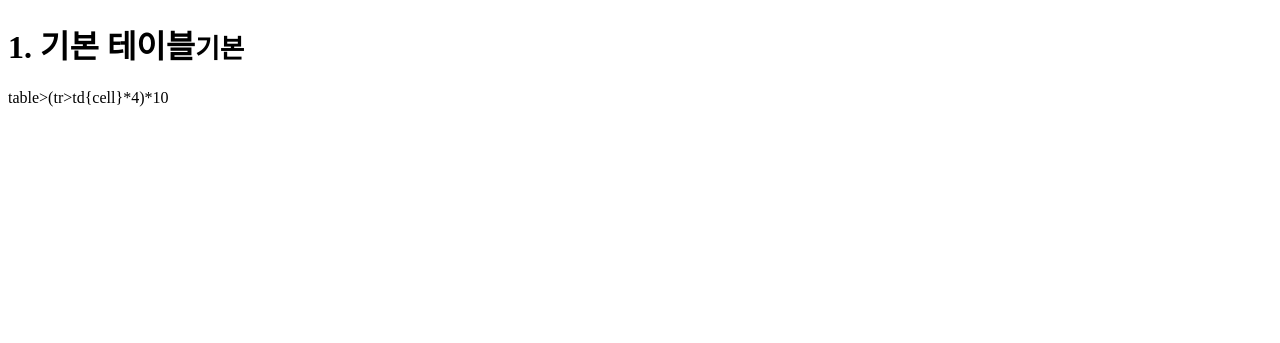
Repository: yhj4130/BootstrapStudy
Page: BootstrapWork/WebContent/BootEx02.html
These files come from the project's save history. The page is drawn as it stood at one moment and after the next save; the edit follows.
The browser window is 1280 px wide. The pictures show the whole page.

Above is the page before, as saved 2019-06-12 01:36:33.

After the next save:
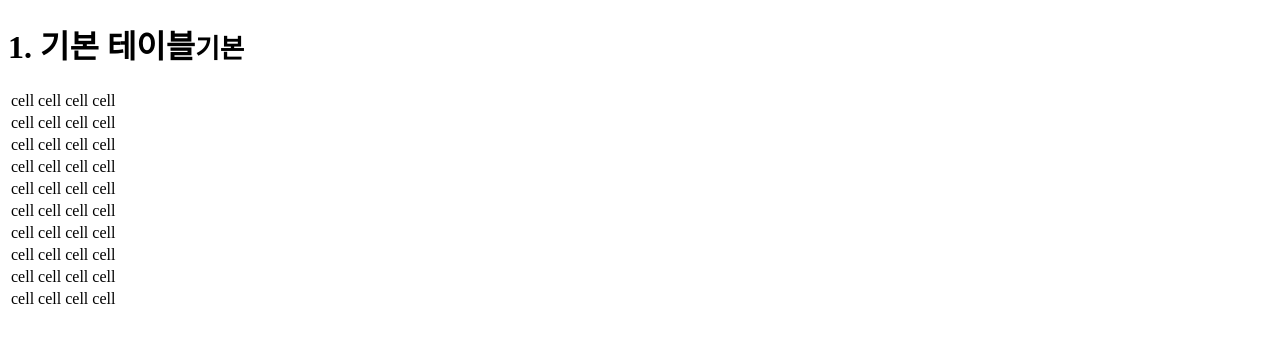
Saved 42 s later.
--- a/BootstrapWork/WebContent/BootEx02.html
+++ b/BootstrapWork/WebContent/BootEx02.html
@@ -8,7 +8,68 @@
 
 <h1>1. 기본 테이블<small>기본</small></h1>
 
-table>(tr>td{cell}*4)*10
+<table>
+	<tr>
+		<td>cell</td>
+		<td>cell</td>
+		<td>cell</td>
+		<td>cell</td>
+	</tr>
+	<tr>
+		<td>cell</td>
+		<td>cell</td>
+		<td>cell</td>
+		<td>cell</td>
+	</tr>
+	<tr>
+		<td>cell</td>
+		<td>cell</td>
+		<td>cell</td>
+		<td>cell</td>
+	</tr>
+	<tr>
+		<td>cell</td>
+		<td>cell</td>
+		<td>cell</td>
+		<td>cell</td>
+	</tr>
+	<tr>
+		<td>cell</td>
+		<td>cell</td>
+		<td>cell</td>
+		<td>cell</td>
+	</tr>
+	<tr>
+		<td>cell</td>
+		<td>cell</td>
+		<td>cell</td>
+		<td>cell</td>
+	</tr>
+	<tr>
+		<td>cell</td>
+		<td>cell</td>
+		<td>cell</td>
+		<td>cell</td>
+	</tr>
+	<tr>
+		<td>cell</td>
+		<td>cell</td>
+		<td>cell</td>
+		<td>cell</td>
+	</tr>
+	<tr>
+		<td>cell</td>
+		<td>cell</td>
+		<td>cell</td>
+		<td>cell</td>
+	</tr>
+	<tr>
+		<td>cell</td>
+		<td>cell</td>
+		<td>cell</td>
+		<td>cell</td>
+	</tr>
+</table>
 
 </body>
 </html>
